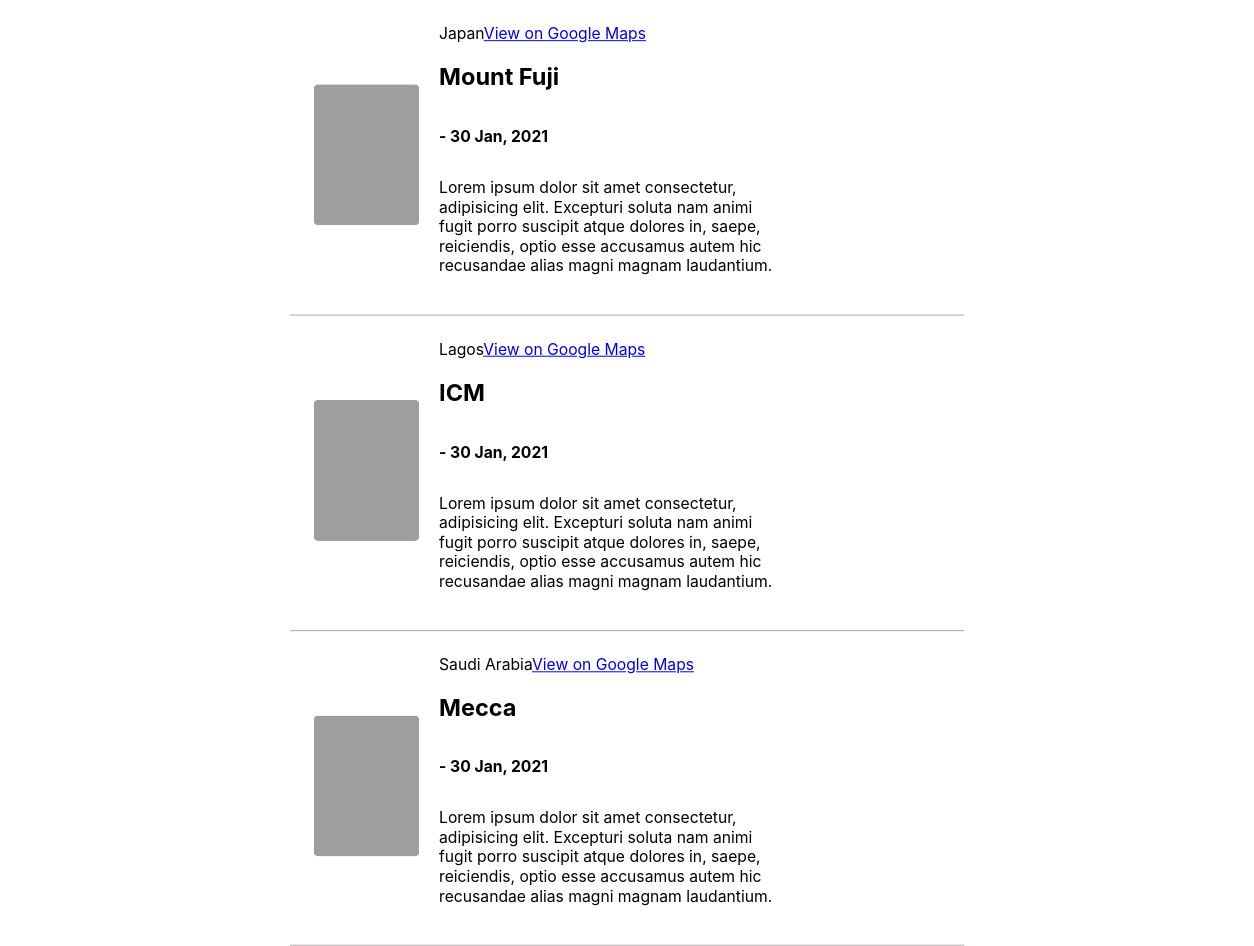
Repository: BuduCE/travel-journal
Page: /
These files come from the project's save history. The page is drawn as it stood at one moment and after a run of saves; the edit follows.
The browser window is 1280 px wide. The pictures show the whole page, at 98% of full size.
Pictures or frames that could not be fetched are drawn as grey boxes. The project was rebuilt for these pictures with package versions that can differ from the ones it lists, and the page was loaded fresh each time. Also part of the build but not shown: src/components/Home/styles.css, src/components/Home/index.jsx.

Above is the page before, as saved 2022-08-25 12:35:03.

### src/App.js
import './App.css';
import Home from './components/Home';
import Tour from './components/Tour';
import data from './data'

function App() {
  // Mapping through the data file
  const places = data.map(place => {
    return <Tour
              key = {place.id}
              {...place}
            />
  })

  return (
    <div className="App">
      {/* <Home /> */}
      {/* <Tour /> */}
      {places}
    </div>
  );
}

export default App;

### src/components/Tour/index.jsx
import './styles.css'
import camp from './camp.jpg'

const Tour = (props) => {
  return (
    <div className='Tour'>
      {/* Section 1 */}
      <div className="tour-img">
        {/* <img src={camp} alt="" /> */}
        <img src={props.image} alt="" />
      </div>

      {/* Section 2 */}
      <div className="tour-info">
        <div className="tour-loc">
          <img src="" alt="" />
          <span>{props.location}</span>
          <a href={props.googleMapsUrl}>View on Google Maps</a>
        </div>
        <h2>{props.title}</h2>
        <div className="tour-data">
          <p><b>{}</b></p>
          <p><b>- 30 Jan, 2021</b></p>
        </div>

        <p className='tour-desc'>
          Lorem ipsum dolor sit amet consectetur, adipisicing elit. Excepturi soluta nam animi fugit porro suscipit atque dolores in, saepe, reiciendis, optio esse accusamus autem hic recusandae alias magni magnam laudantium.
        </p>
      </div>

    </div>
  )
}

export default Tour

### src/data.js
export default [
    {
        id: 1,
        title: "Mount Fuji",
        location: "Japan",
        googleMapsUrl: "https://googlemaps",
        startDate: "12 April, 2021",
        endDate: "30 April, 2021",
        image: "https://images.unsplash.com/photo-1657214059212-104dac959c56?ixlib=rb-1.2.1&ixid=MnwxMjA3fDF8MHxzZWFyY2h8MXx8dHJhdmVsfGVufDB8fDB8fA%3D%3D&auto=format&fit=crop&w=500&q=60",
    },
    {
        id: 2,
        title: "ICM",
        location: "Lagos",
        googleMapsUrl: "https://googlemaps",
        startDate: "12 April, 2021",
        endDate: "30 April, 2021",
        image:"https://images.unsplash.com/photo-1527631746610-bca00a040d60?ixlib=rb-1.2.1&ixid=MnwxMjA3fDB8MHxzZWFyY2h8MTJ8fHRyYXZlbHxlbnwwfHwwfHw%3D&auto=format&fit=crop&w=500&q=60",
    },
    {
        id: 3,
        title: "Mecca",
        location: "Saudi Arabia",
        googleMapsUrl: "https://googlemaps",
        startDate: "12 April, 2021",
        endDate: "30 April, 2021",
        image:"https://images.unsplash.com/photo-1528543606781-2f6e6857f318?ixlib=rb-1.2.1&ixid=MnwxMjA3fDB8MHxzZWFyY2h8MTh8fHRyYXZlbHxlbnwwfHwwfHw%3D&auto=format&fit=crop&w=500&q=60",
    },
]

### src/components/Tour/styles.css
.Tour{
    width: 50%;
    margin: auto;
    display: grid;
    grid-template-columns: 1fr 4fr;
    padding: 24px;
    align-items: center;
    border-bottom: 1px solid #b3a7a7;
}
.tour-img{
    margin-right: 20px;
}
.tour-img > img{
    width: 100%;
    height: 20vh;
    border-radius: 5px;
}
.tour-data{
    display: flex;
}
.tour-desc{
    width: 70%;
}

Loaded but not shown: public/index.html (common file); src/index.js (common file); src/index.css (common file); src/reportWebVitals.js (common file); src/App.css (common file)

After the next 4 saves:
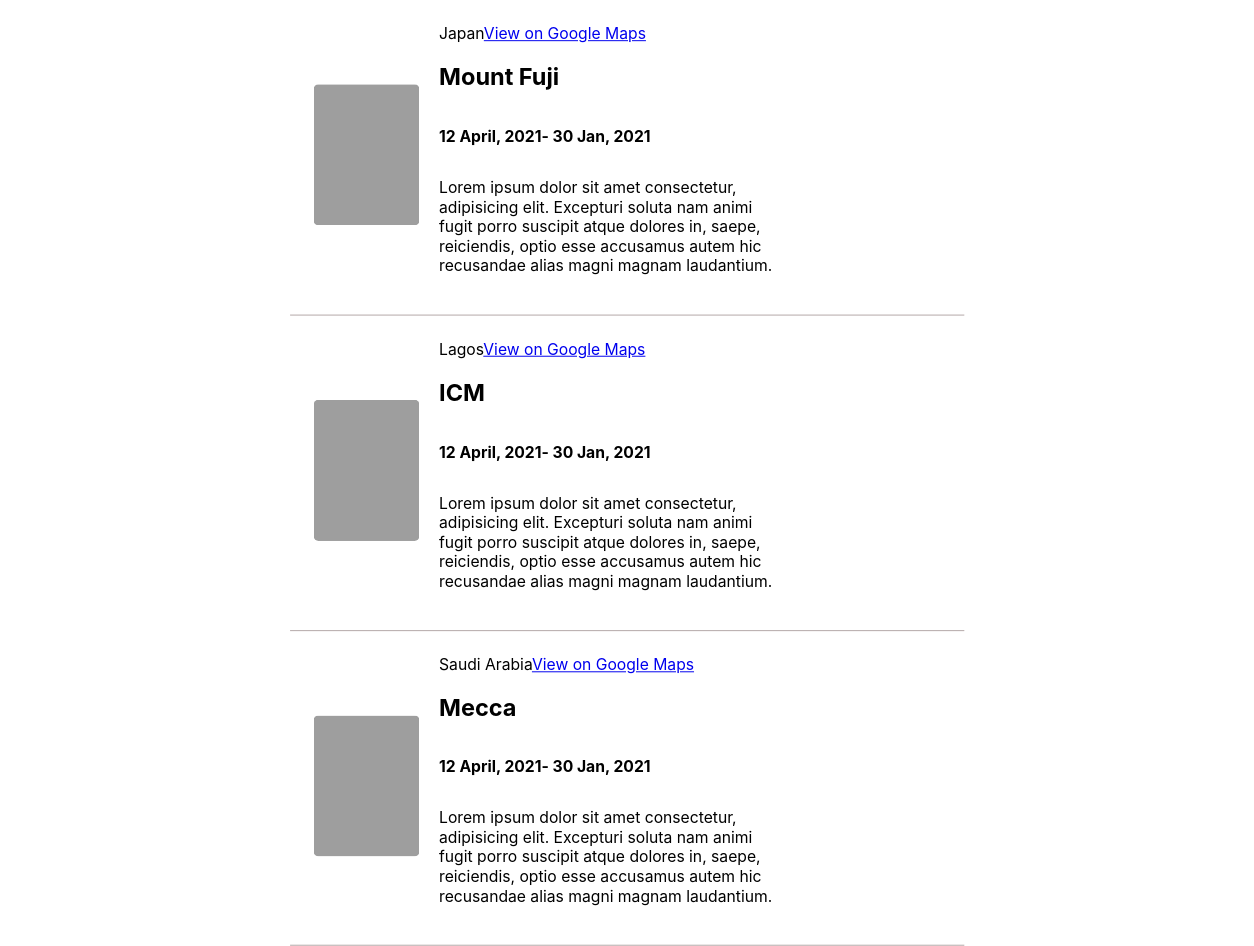
The 4 saves are shown as one change because 1 did not build or start and some came seconds apart.
The last was saved 14 s later.
--- a/src/components/Tour/index.jsx
+++ b/src/components/Tour/index.jsx
@@ -19,7 +19,7 @@
         </div>
         <h2>{props.title}</h2>
         <div className="tour-data">
-          <p><b>{}</b></p>
+          <p><b>{props.startDate}</b></p>
           <p><b>- 30 Jan, 2021</b></p>
         </div>
 
